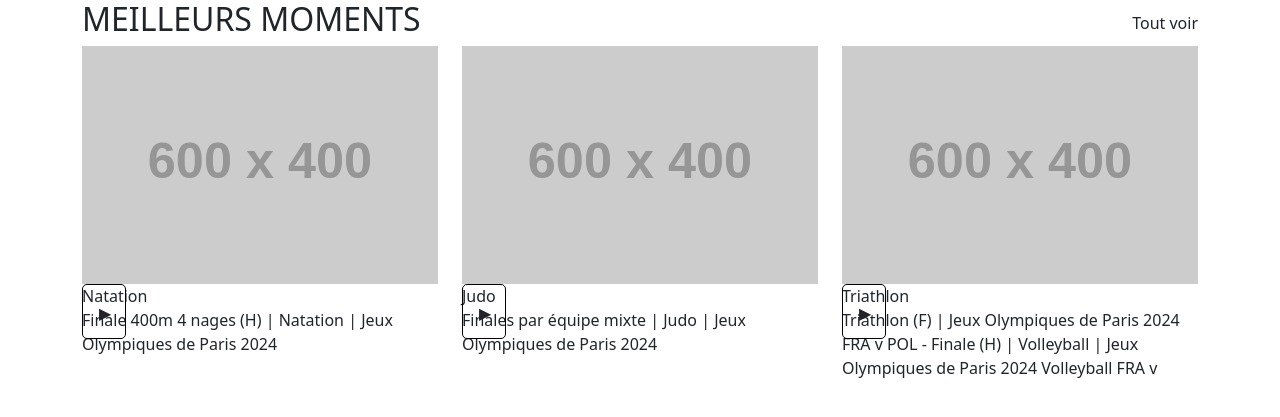
Repository: fbansept/ran3_24_jeu
Page: index.html
An editor plug-in stored every save of this project. The page is shown before and after a run of saves, followed by the edit.
The browser window is 1280 px wide. The pictures show the whole page.

Above is the page before, as saved 2024-10-14 15:55:36.

### index.html
<!DOCTYPE html>
<html lang="en">
  <head>
    <meta charset="UTF-8" />
    <meta name="viewport" content="width=device-width, initial-scale=1.0" />
    <title>Document</title>
    <link
      href="https://cdn.jsdelivr.net/npm/bootstrap@5.3.3/dist/css/bootstrap.min.css"
      rel="stylesheet"
      integrity="sha384-QWTKZyjpPEjISv5WaRU9OFeRpok6YctnYmDr5pNlyT2bRjXh0JMhjY6hW+ALEwIH"
      crossorigin="anonymous"
    />
    <link rel="stylesheet" href="styles.css" />

    <script
      defer
      src="https://cdn.jsdelivr.net/npm/bootstrap@5.3.3/dist/js/bootstrap.bundle.min.js"
      integrity="sha384-YvpcrYf0tY3lHB60NNkmXc5s9fDVZLESaAA55NDzOxhy9GkcIdslK1eN7N6jIeHz"
      crossorigin="anonymous"
    ></script>
  </head>
  <body class="container">
    <main>
      <section>
        <header>
          <h2>MEILLEURS MOMENTS</h2>
          <span>Tout voir</span>
        </header>
        <div class="row row-cols-1 row-cols-md-3">
          <article class="col">
            <div class="image">
              <img src="https://placehold.co/600x400" alt="" />
              <div class="bouton-play"></div>
            </div>
            <span class="label">Natation</span>
            <p>
              Finale 400m 4 nages (H) | Natation | Jeux Olympiques de Paris 2024
            </p>
          </article>

          <article class="col">
            <div class="image">
              <img src="https://placehold.co/600x400" alt="" />
              <div class="bouton-play"></div>
            </div>
            <span class="label">Judo</span>
            <p>
              Finales par équipe mixte | Judo | Jeux Olympiques de Paris 2024
            </p>
          </article>

          <article class="col">
            <div class="image">
              <img src="https://placehold.co/600x400" alt="" />
              <div class="bouton-play"></div>
            </div>
            <span class="label">Triathlon</span>
            <p>
              Triathlon (F) | Jeux Olympiques de Paris 2024 FRA v POL - Finale
              (H) | Volleyball | Jeux Olympiques de Paris 2024 Volleyball FRA v
            </p>
          </article>
        </div>
      </section>
    </main>
  </body>
</html>

### styles.css
main > section > div > article > .image > img {
  object-fit: cover;
  width: 100%;
}

main > section > header {
  display: flex;
  justify-content: space-between;
  align-items: center;
}

main > section > div > article > .image {
  position: relative;
}

main > section > div > article > .image > .bouton-play {
  position: absolute;
  padding: 1em;
  border-radius: 5px;
  border: 1px solid black;
  width: 44px;
  height: 55px;
  text-align: center;
}

main > section > div > article > .image > .bouton-play::after {
  content: "▶";
  font-family: helvetica;
}

After the next 4 saves:
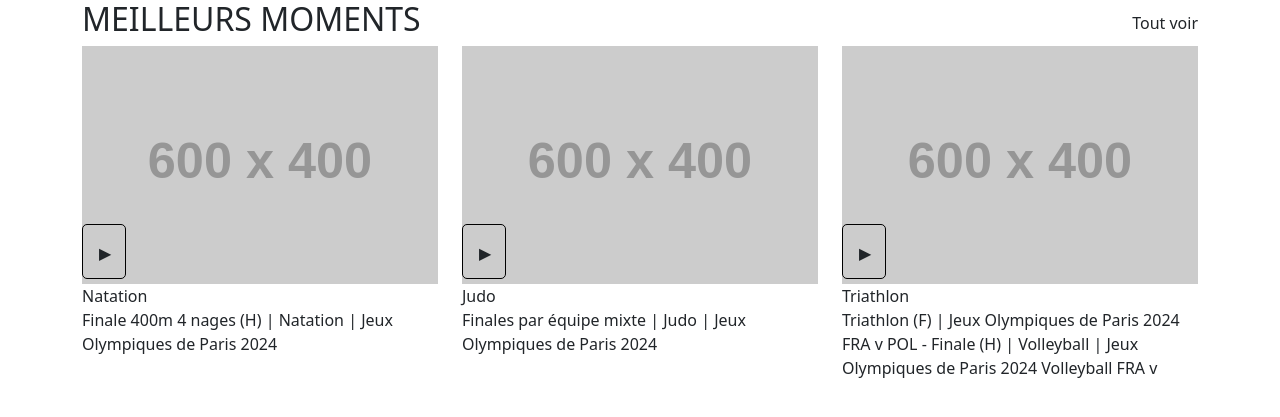
The 4 saves are shown as one change because they came seconds apart.
The last was saved 11 s later.
--- a/styles.css
+++ b/styles.css
@@ -14,6 +14,8 @@ main > section > div > article > .image {
 }
 
 main > section > div > article > .image > .bouton-play {
+  bottom: 5px;
+
   position: absolute;
   padding: 1em;
   border-radius: 5px;
